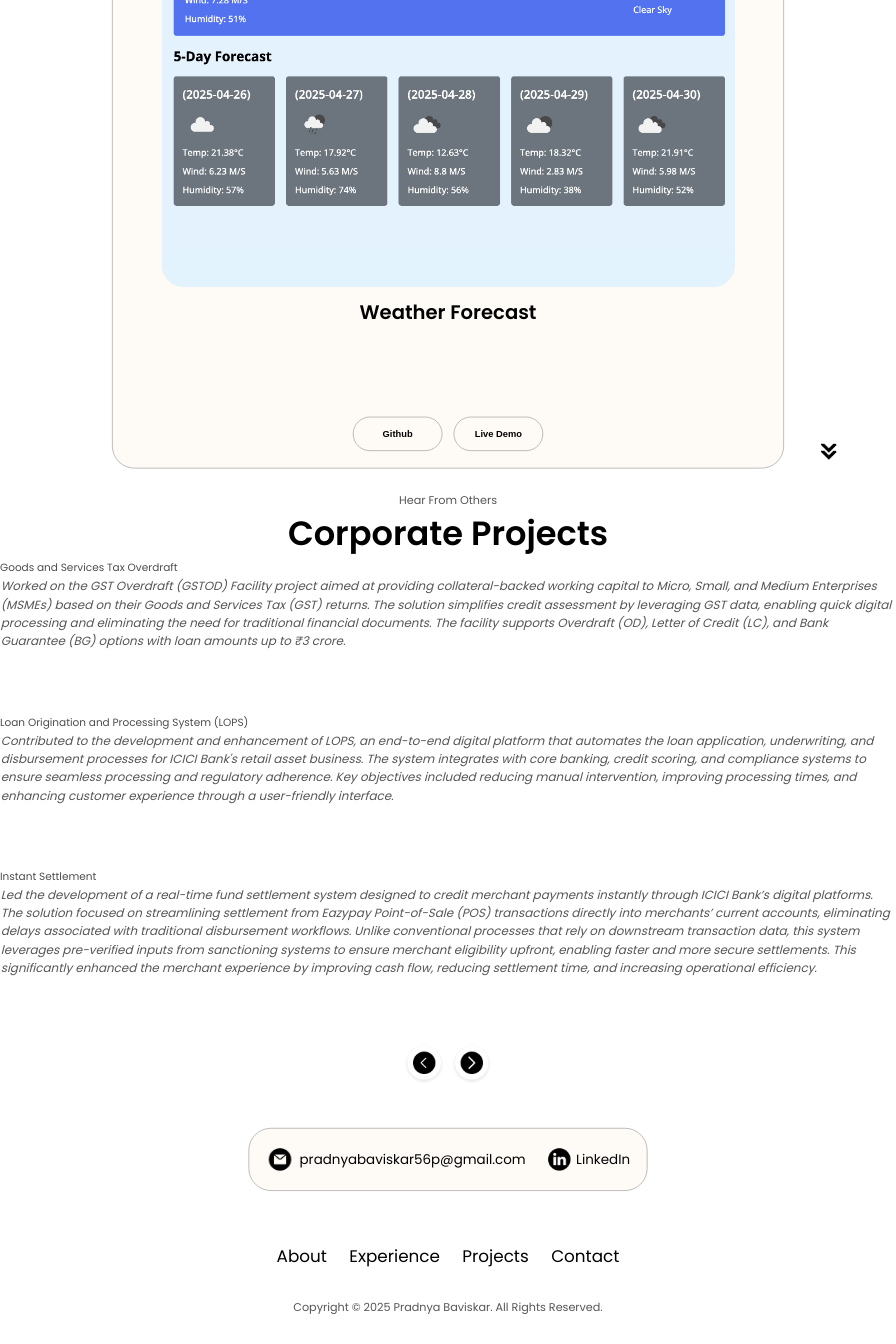
Repository: Pradnya-07/Portfolio-Pradnya
Page: index.html
The author's editor kept a copy of each file at every save. The page is drawn from the files as they stood at one save, then again after the next save.
The browser window is 1280 px wide. The pictures show the part of the page from y = 4236 to 6156 px (the page is 6156 px tall before and 6027 px after), at 70% of full size.
A picture or video elsewhere on the page could not be fetched, so the positions and the page height are approximate.

Above is the page before, as saved 2025-05-04 12:10:05.

### index.html
<!DOCTYPE html>
<html lang="en">

<head>
  <meta charset="UTF-8" />
  <meta http-equiv="X-UA-Compatible" content="IE=edge" />
  <meta name="viewport" content="width=device-width, initial-scale=1.0" />
  <title>My Portfolio</title>
  <link rel="stylesheet" href="style.css" />
  <link rel="stylesheet" href="mediaqueries.css" />
</head>

<body>
  <nav id="desktop-nav">
    <div class="logo">Pradnya Baviskar</div>
    <div>
      <ul class="nav-links">
        <li><a href="#about">About</a></li>
        <li><a href="#experience">Experience</a></li>
        <li><a href="#projects">Projects</a></li>
        <li><a href="#contact">Contact</a></li>
      </ul>
    </div>
  </nav>
  <nav id="hamburger-nav">
    <div class="logo">Pradnya Baviskar</div>
    <div class="hamburger-menu">
      <div class="hamburger-icon" onclick="toggleMenu()">
        <span></span>
        <span></span>
        <span></span>
      </div>
      <div class="menu-links">
        <li><a href="#about" onclick="toggleMenu()">About</a></li>
        <li><a href="#experience" onclick="toggleMenu()">Experience</a></li>
        <li><a href="#projects" onclick="toggleMenu()">Projects</a></li>
        <li><a href="#contact" onclick="toggleMenu()">Contact</a></li>
      </div>
    </div>
  </nav>
  <section id="profile">
    <div class="section__pic-container">
      <img src="./assets/profilephoto.jpg" alt="Pradnya Baviskar profile picture" />
    </div>
    <div class="section__text">
      <p class="section__text__p2">Hello, I'm</p>
      <h1 class="title">Pradnya Baviskar</h1>
      <p class="section__text__p2">Software Developer - Full Stack</p>
      <div class="btn-container">
        <button class="btn btn-color-2" onclick="window.open('./assets/pradnya_baviskar-3.pdf')">
          Download CV
        </button>
        <button class="btn btn-color-1" onclick="location.href='#contact'">
          Contact Info
        </button>
      </div>
      <div id="socials-container">
        <img src="./assets/linkedin.png" alt="My LinkedIn profile" class="icon"
          onclick="location.href='https://linkedin.com/'" />
        <img src="./assets/github.png" alt="My Github profile" class="icon"
          onclick="location.href='https://github.com/'" />
      </div>
    </div>
  </section>
  <section id="about">
    <p class="section__text__p1">Get To Know More</p>
    <h1 class="title">About Me</h1>
    <div class="section-container">

      <div class="about-details-container">
        <div class="about-containers">
          <div class="details-container">
            <img src="./assets/experience.png" alt="Experience icon" class="icon" />
            <h3>Experience</h3>
            <p>3+ years <br />Full Stack Development</p>
          </div>
          <div class="details-container">
            <img src="./assets/education.png" alt="Education icon" class="icon" />
            <h3>Education</h3>
            <p>B.Tech. Bachelors Degree<br />M.Sc. Masters Degree</p>
          </div>
        </div>
        <div class="text-container">
          <p>
            I'm a Full Stack Developer with over 3 years of experience building scalable, production-ready web
            applications.
            My expertise lies in backend development using Java, SQL Server, Oracle, and Spring Boot, combined with
            frontend technologies like JavaScript and React.js.
            I have contributed to large-scale projects by improving performance and delivering complex financial
            technology solutions for top-tier banks, ensuring both efficiency and innovation.
            I’m passionate about writing clean, maintainable code and collaborating within cross-functional teams to
            solve challenging problems.
          </p>
          <p style=" margin-top: 2%;">
            With a Master's degree in Software Engineering and Testing, I am committed to staying ahead in the evolving
            tech landscape by learning and implementing emerging technologies.
            Whether it’s designing sleek front-end interfaces or optimizing complex back-end systems, I strive to build
            applications that are efficient, user-friendly, and impactful.
            Let’s collaborate and create innovative digital solutions together!
          </p>
        </div>

      </div>
    </div>
    <img src="./assets/arrow.png" alt="Arrow icon" class="icon arrow" onclick="location.href='#experience'" />
  </section>

  <div class="testimonials-container">
    <p class="section__text__p1">Hear From Others</p>
    <h1 class="title">Testimonial</h1>
    <div class="testimonial">

      <p class="testtext">
        "I have been a witness to Pradnya's growth as a professional during her stint with ICICI Bank, as a Software
        Developer from Servosys.
        From developing minor features as a new-comer to handling complete applications as a senior resource, Pradnya
        has shown great promise in a relatively short span of time.
        She has not only expanded her understanding of technology but also added relevant functional knowledge to her
        repertoire of skills.
        Her cordial demeanour and communication skills make her a good team-player as well.
        I am positive that this combination of her aptitude and attitude will add great value to any organisation/team
        she works with."

      </p>

      <span class="numbertext">Pratiyush Jena</span>
      <span class="destext">Digitisation & Automation | DVP @ Kotak Mahindra Bank</span>
    </div>


    <div class="testimonial">

      <p class="testtext">
        "Pradnya was working as Developer in my team, during the course Pradnya proved her independent, hardworking,
        problem solving and technical skills,
        She completed the assigned task on time. She is understanding and can manage stuff on own.
        I recommend Pradnya for development position and with right guidance and support she is an asset for team."

      </p>

      <span class="numbertext">Nawaz Shaikh</span>
      <span class="destext">Senior Business Analyst | Product Management | Fintech</span>
    </div>


    <div class="testimonial">

      <p class="testtext">
        "Pradnya is an experienced professional in all aspects of software development. We used to discuss different
        approaches for the tasks.
        She always had a positive influence on team at stressful times. I never got a chance to work with her in the
        same team but I really appreciate all of her efforts she used to put in projects to finish them by the
        deadlines.
        She will be a good asset to any organization and I am happy to recommend her."

      </p>

      <span class="numbertext">Upasana Garg</span>
      <span class="destext"> R&D Software Engineer @Dassault Systems</span>
    </div>

    <div class="testimonial">

      <p class="testtext">
        "Pradnya is one of the most dedicated professionals I’ve worked with and is willing to put that extra help
        whenever required.
        Her expertise as a developer is considerable, and it helped the team always.
        Her contribution is valuable to the side, and I highly recommend Pradnya and would love to work with her again."

      </p>

      <span class="numbertext">Mahima Tayal</span>
      <span class="destext">Lead Software Engineer at UKG</span>
    </div>
    <div>
      <a class="prev">
        <img class="icon" src="./assets/leftarrow.png" alt="left" />

      </a>
      <a class="next">
        <img class="icon" src="./assets/rightarrow.png" alt="right" />
      </a>
    </div>
  </div>




  <section id="experience">
    <p class="section__text__p1">Explore My</p>
    <h1 class="title">Experience</h1>
    <div class="experience-details-container">
      <div class="about-containers">
        <div class="details-container">
          <h2 class="experience-sub-title">Programming Languages</h2>
          <div class="article-container">
            <article class="skills">

              <div>
                <h3 class="skills">Java</h3>
              </div>
            </article>
            <article class="skills">

              <div>
                <h3 class="skills">JavaScript</h3>

              </div>
            </article>
            <article class="skills">

              <div>
                <h3 class="skills">SQL</h3>

              </div>
            </article>
            <article class="skills">

              <div>
                <h3 class="skills">C++</h3>

              </div>
            </article>
            <article class="skills">

              <div>
                <h3>Python</h3>
              </div>
            </article>
            <article class="skills">

              <div>
                <h3 class="skills">C</h3>
              </div>
            </article>

          </div>
        </div>

        <div class="details-container">
          <h2 class="experience-sub-title">Web Technologies</h2>
          <div class="article-container">
            <article>

              <div>
                <h3>HTML</h3>
              </div>
            </article>
            <article>

              <div>
                <h3>CSS</h3>
              </div>
            </article>
            <article>

              <div>
                <h3>Bootstrap</h3>
              </div>
            </article>
            <article>

              <div>
                <h3>ReactJS</h3>
              </div>
            </article>
            <article>

              <div>
                <h3>NodeJS</h3>
              </div>
            </article>
            <article>

              <div>
                <h3>ExpressJS</h3>
              </div>
            </article>
          </div>
        </div>

        <div class="details-container">
          <h2 class="experience-sub-title">Databases & Testing Tools</h2>
          <div class="article-container">
            <article>

              <div>
                <h3>MySQL</h3>
              </div>
            </article>
            <article>

              <div>
                <h3>Oracle</h3>
              </div>
            </article>
            <article>

              <div>
                <h3>MongoDB</h3>
              </div>
            </article>
            <article>

              <div>
                <h3>Postman</h3>
              </div>
            </article>
            <article>

              <div>
                <h3>SoapUI</h3>
              </div>
            </article>

          </div>
        </div>

        <div class="details-container">
          <h2 class="experience-sub-title">Software</h2>
          <div class="article-container">
            <article>

              <div>
                <h3>Git & GitHub</h3>
              </div>
            </article>
            <article>

              <div>
                <h3>Linux</h3>
              </div>
            </article>



            <article>

              <div>
                <h3>Docker</h3>
              </div>
            </article>
            <article>

              <div>
                <h3>Jira</h3>
              </div>
            </article>
            <article>

              <div>
                <h3 class="skills">Agile Methodology</h3>
              </div>
            </article>
          </div>
        </div>




      </div>
    </div>
    <img src="./assets/arrow.png" alt="Arrow icon" class="icon arrow" onclick="location.href='#projects'" />
  </section>

  <section id="projects">
    <p class="section__text__p1">Browse My Recent</p>
    <h1 class="title">Projects</h1>
    <div class="experience-details-container">
      <div class="about-containers">
        <div class="details-container color-container">
          <div class="article-container">
            <img src="./assets/project1.png" alt="Project 1" class="project-img" />
          </div>
          <h2 class="experience-sub-title project-title">My Book Nest</h2>
          <div class="btn-container">
            <button class="btn btn-color-2 project-btn"
              onclick="location.href='https://github.com/Pradnya-07/Pradnya-s_Library'">
              Github
            </button>
            <button class="btn btn-color-2 project-btn"
              onclick="location.href='https://pradnya-s-library.onrender.com'">
              Live Demo
            </button>
          </div>
        </div>
        <div class="details-container color-container">
          <div class="article-container">
            <img src="./assets/scam.png" alt="Project 2" class="project-img" />
          </div>
          <h2 class="experience-sub-title project-title">Spam Email Detection</h2>
          <div class="btn-container">
            <button class="btn btn-color-2 project-btn"
              onclick="location.href='https://github.com/Pradnya-07/Spam_Email_Detection'">
              Github
            </button>
            <button class="btn btn-color-2 project-btn"
              onclick="location.href='https://spam-email-detection-9in7.onrender.com'">
              Live Demo
            </button>
          </div>
        </div>
        <div class="details-container color-container">
          <div class="article-container">
            <img src="./assets/forecast.png" alt="Project 3" class="project-img" />
          </div>
          <h2 class="experience-sub-title project-title">Weather Forecast</h2>
          <div class="btn-container" style="margin-top: 14%;">
            <button class="btn btn-color-2 project-btn"
              onclick="location.href='https://github.com/Pradnya-07/Weather-Dashboard'">
              Github
            </button>
            <button class="btn btn-color-2 project-btn"
              onclick="location.href='https://pradnya-07.github.io/Weather-Dashboard/'">
              Live Demo
            </button>
          </div>
        </div>
      </div>
    </div>
    <img src="./assets/arrow.png" alt="Arrow icon" class="icon arrow" onclick="location.href='#contact'" />
  </section>


  <div class="testimonials-container">
    <p class="section__text__p1">Hear From Others</p>
    <h1 class="title">Corporate Projects</h1>
    <div class="corporate">
      <span class="numbertext">Goods and Services Tax Overdraft</span>
      <p class="testtext">
        Worked on the GST Overdraft (GSTOD) Facility project aimed at providing collateral-backed working
        capital to Micro, Small, and Medium Enterprises (MSMEs) based on their Goods and Services Tax (GST) returns.
        The solution simplifies credit assessment by leveraging GST data, enabling quick digital processing and
        eliminating the need for traditional financial documents.
        The facility supports Overdraft (OD), Letter of Credit (LC), and Bank Guarantee (BG) options with loan amounts
        up to ₹3 crore.
      </p>

    </div>


    <div class="corporate">
      <span class="numbertext">Loan Origination and Processing System (LOPS)</span>
      <p class="testtext">
        Contributed to the development and enhancement of LOPS,
        an end-to-end digital platform that automates the loan application, underwriting, and disbursement processes for
        ICICI Bank's retail asset business.
        The system integrates with core banking, credit scoring, and compliance systems to ensure seamless processing
        and regulatory adherence.
        Key objectives included reducing manual intervention, improving processing times, and enhancing customer
        experience through a user-friendly interface.
      </p>

    </div>


    <div class="corporate">
      <span class="numbertext">Instant Settlement </span>
      <p class="testtext">
        Led the development of a real-time fund settlement system designed to credit merchant payments instantly through
        ICICI Bank’s digital platforms.
        The solution focused on streamlining settlement from Eazypay Point-of-Sale (POS) transactions directly into
        merchants’ current accounts, eliminating delays associated with traditional disbursement workflows.
        Unlike conventional processes that rely on downstream transaction data, this system leverages pre-verified
        inputs from sanctioning systems to ensure merchant eligibility upfront, enabling faster and more secure
        settlements.
        This significantly enhanced the merchant experience by improving cash flow, reducing settlement time, and
        increasing operational efficiency.
      </p>

    </div>


    <div>
      <a class="prev">
        <img class="icon" src="./assets/leftarrow.png" alt="left" />

      </a>
      <a class="next">
        <img class="icon" src="./assets/rightarrow.png" alt="right" />
      </a>
    </div>
  </div>








  <section id="contact">


    <div class="contact-info-upper-container">
      <div class="contact-info-container">
        <img src="./assets/email.png" alt="Email icon" class="icon contact-icon email-icon" />
        <p><a href="mailto:pradnyabaviskar56p@gmail.com">pradnyabaviskar56p@gmail.com</a></p>
      </div>
      <div class="contact-info-container">
        <img src="./assets/linkedin.png" alt="LinkedIn icon" class="icon contact-icon" />
        <p><a href="https://www.linkedin.com">LinkedIn</a></p>
      </div>
    </div>
  </section>
  <footer>
    <nav>
      <div class="nav-links-container">
        <ul class="nav-links">
          <li><a href="#about">About</a></li>
          <li><a href="#experience">Experience</a></li>
          <li><a href="#projects">Projects</a></li>
          <li><a href="#contact">Contact</a></li>
        </ul>
      </div>
    </nav>
    <p>Copyright &#169; 2025 Pradnya Baviskar. All Rights Reserved.</p>
  </footer>
  <script src="script.js"></script>
</body>

</html>

### mediaqueries.css
@media screen and (max-width: 1400px) {
  #profile {
    height: 83vh;
    margin-bottom: 6rem;
  }
  .about-containers {
    flex-wrap: wrap;
  }
  #contact,
  #projects {
    height: fit-content;
  }
}

@media screen and (max-width: 1200px) {
  #desktop-nav {
    display: none;
  }
  #hamburger-nav {
    display: flex;
  }
  #experience,
  .experience-details-container {
    margin-top: 2rem;
  }
  #profile,
  .section-container {
    display: block;
  }
  .arrow {
    display: none;
  }
  section,
  .section-container {
    height: fit-content;
  }
  section {
    margin: 0 5%;
  }
  .section__pic-container {
    width: 275px;
    height: 275px;
    margin: 0 auto 2rem;
  }
  .about-containers {
    margin-top: 0;
  }
}

@media screen and (max-width: 600px) {
  #contact,
  footer {
    height: 40vh;
  }
  #profile {
    height: 83vh;
    margin-bottom: 0;
  }
  article {
    font-size: 1rem;
  }
  footer nav {
    height: fit-content;
    margin-bottom: 2rem;
  }
  .about-containers,
  .contact-info-upper-container,
  .btn-container {
    flex-wrap: wrap;
  }
  .contact-info-container {
    margin: 0;
  }
  .contact-info-container p,
  .nav-links li a {
    font-size: 1rem;
  }
  .experience-sub-title {
    font-size: 1.25rem;
  }
  .logo {
    font-size: 1.5rem;
  }
  .nav-links {
    flex-direction: column;
    gap: 0.5rem;
    text-align: center;
  }
  .section__pic-container {
    width: auto;
    height: 46vw;
    justify-content: center;
  }
  .section__text__p2 {
    font-size: 1.25rem;
  }
  .title {
    font-size: 2rem;
  }
  .text-container {
    text-align: justify;
  }
}

### script.js
function toggleMenu() {
  const menu = document.querySelector(".menu-links");
  const icon = document.querySelector(".hamburger-icon");
  menu.classList.toggle("open");
  icon.classList.toggle("open");
}

let counter = 1;
showTestimonials(counter);

document.querySelector(".prev").addEventListener("click", () => {
    computeTestimonials(-1)
})

document.querySelector(".next").addEventListener("click", () => {
    computeTestimonials(1)
})

function computeTestimonials(t) {
    showTestimonials((counter += t))
}

function showTestimonials(n) {
  let i;
  let testimonials = document.getElementsByClassName("testimonial");

  if (n > testimonials.length) {
    counter = 1;
  }
  if (n < 1) {
    counter = testimonials.length;
  }

  for( i = 0; i < testimonials.length; i++){
      testimonials[i].style.display = "none"
  }

  testimonials[counter - 1].style.display = "flex"
}

Loaded but not shown: style.css (550 lines, source omitted)

After the next save:
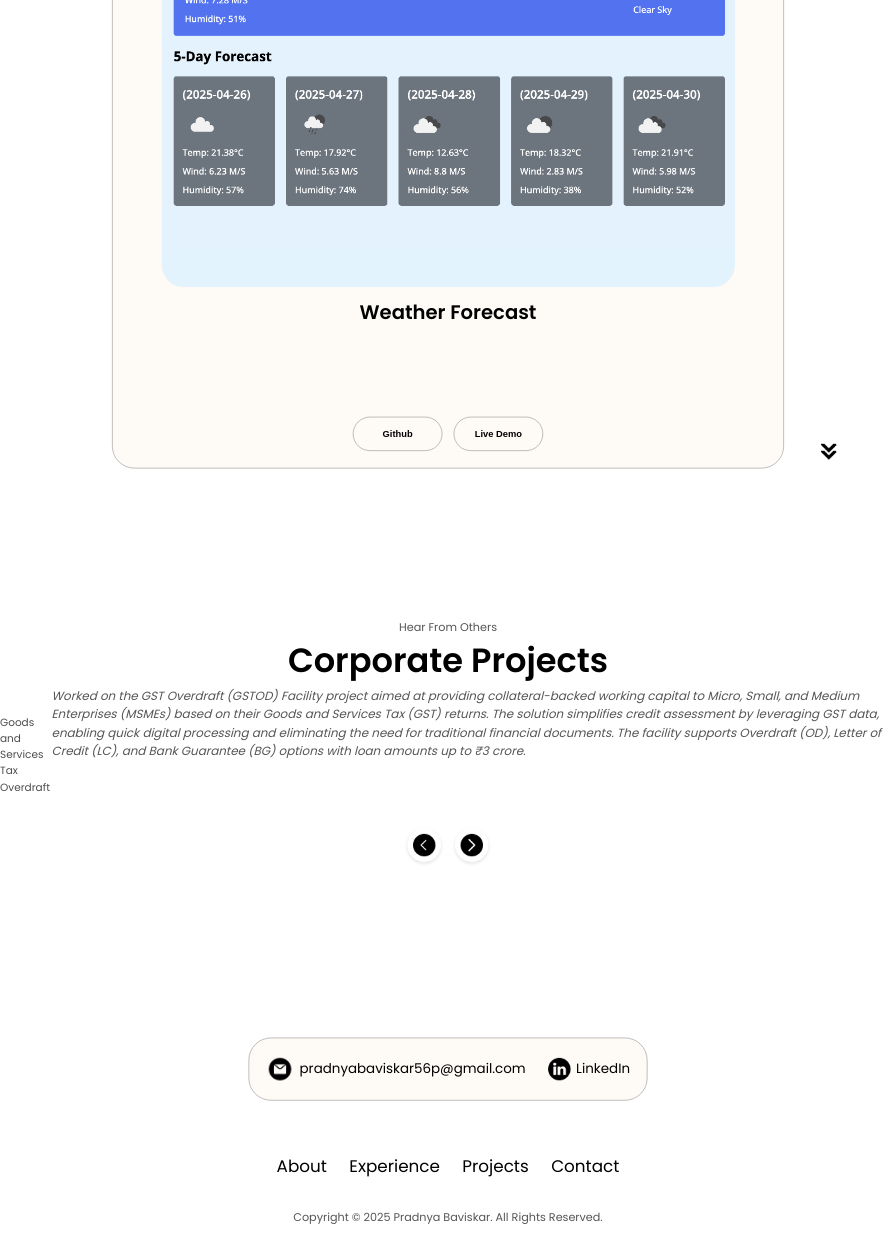
Saved 2 min 18 s later.
--- a/script.js
+++ b/script.js
@@ -37,3 +37,39 @@ function showTestimonials(n) {
 
   testimonials[counter - 1].style.display = "flex"
 }
+
+
+
+
+let count = 1;
+showcorporate(count);
+
+document.querySelector(".prev").addEventListener("click", () => {
+    computeTestimonials(-1)
+})
+
+document.querySelector(".next").addEventListener("click", () => {
+    computeTestimonials(1)
+})
+
+function computeTestimonials(t) {
+  showcorporate((count += t))
+}
+
+function showcorporate(n) {
+  let i;
+  let testimonials = document.getElementsByClassName("corporate");
+
+  if (n > testimonials.length) {
+    count = 1;
+  }
+  if (n < 1) {
+    count = testimonials.length;
+  }
+
+  for( i = 0; i < testimonials.length; i++){
+      testimonials[i].style.display = "none"
+  }
+
+  testimonials[count - 1].style.display = "flex"
+}
